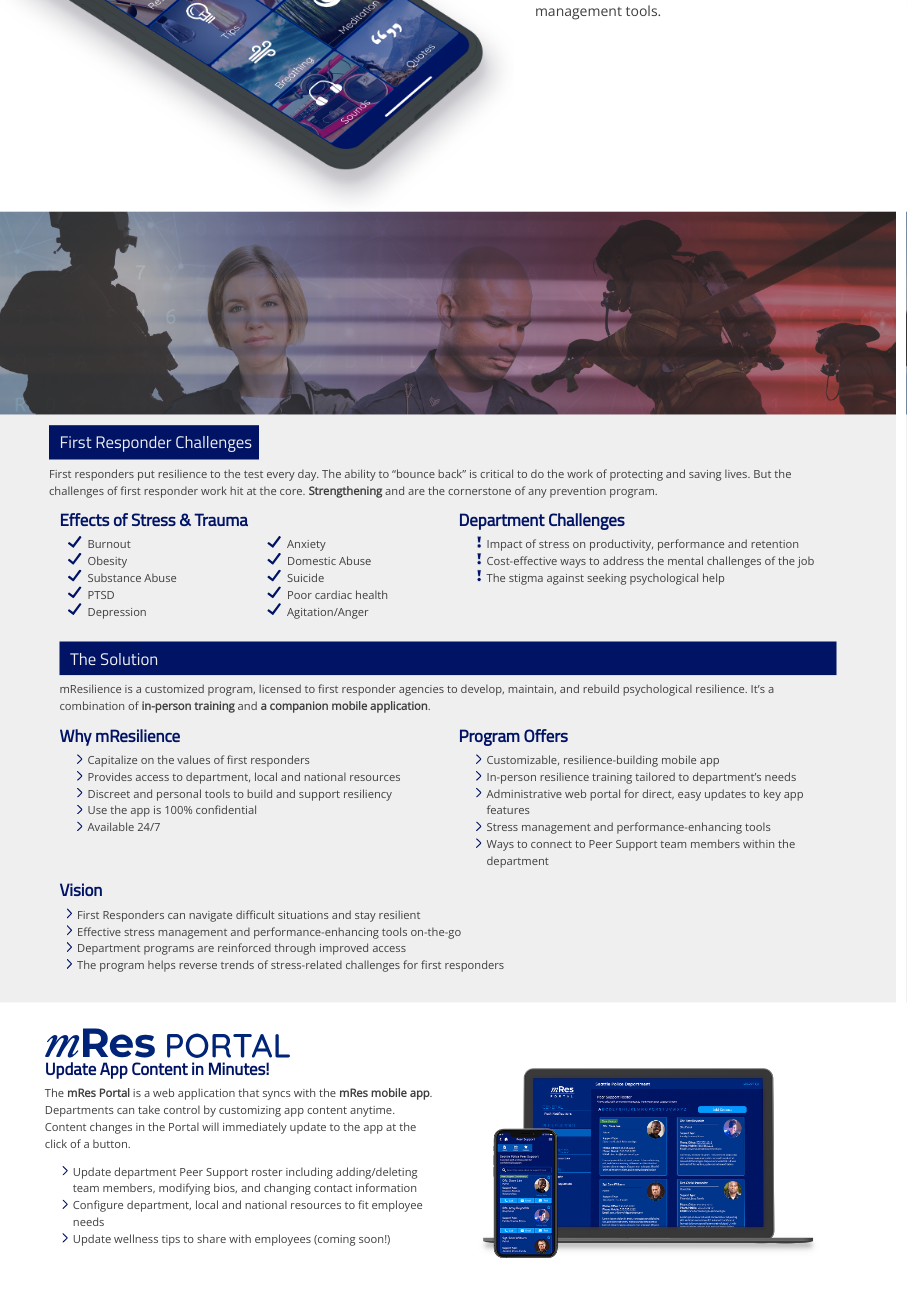
Repository: shenjune/mResilienceWebsite
Page: index.html
An editor plug-in stored every save of this project. The page is shown before and after the next save, followed by the edit.
The browser window is 1280 px wide. The page is 1295 px wide, so the pictures cover 1295 px, including what lies to the right of the window. The pictures show the part of the page from y = 348 to 2228 px (the page is 3165 px tall), at 70% of full size.
Some web libraries are served in a nearby version.

Above is the page before, as saved 2019-11-09 12:58:47.

After the next save:
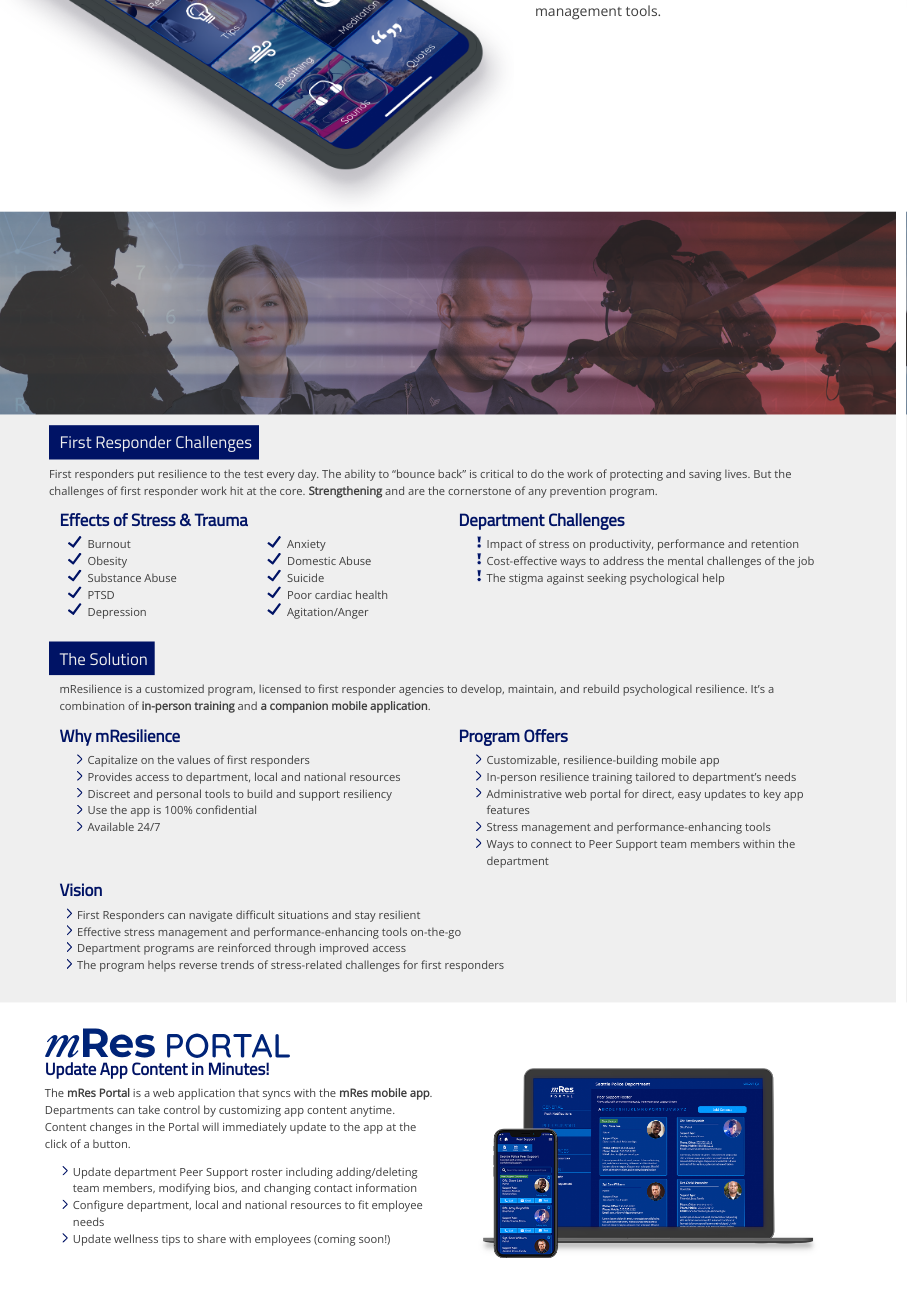
Saved 42 s later.
--- a/index.html
+++ b/index.html
@@ -159,10 +159,8 @@
 			<!--03B: The Solution Section-->
 			<div id="solutionSection">
 				<!-- Solution Title -->
-				<div class="row">
-					<div class="col-lg-12 col-sm-12" div id="solutionHeader">
-						<h4 class="invert">The Solution</h4>
-					</div>
+				<div class="row" id="solutionHeader">
+					<h4 class="invert">The Solution</h4>
 				</div>
 
 				<!-- Solution Statement -->
